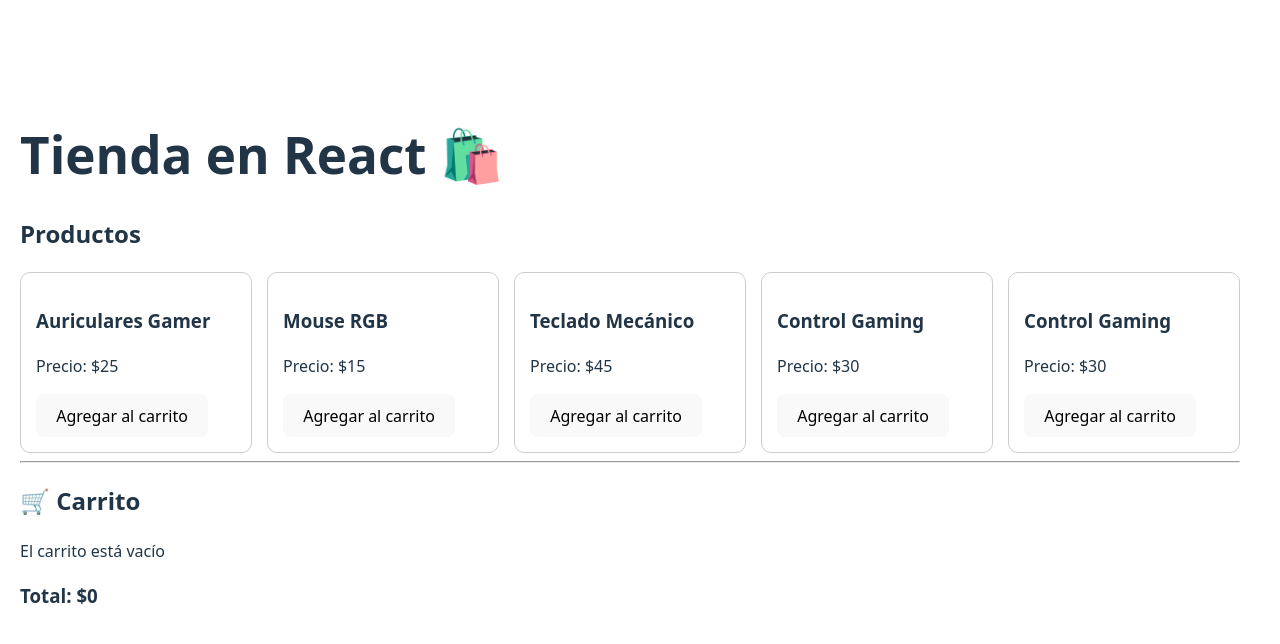
Repository: VictorDS64/PP-STDPROJECTS
Page: / (app in .Mi segunda pagina con react/mi-app-react/)
An editor plug-in stored every save of this project. The page is shown before and after the next save, followed by the edit.
The browser window is 1280 px wide. The pictures show the whole page.
The project was rebuilt for these pictures with package versions that can differ from the ones it lists, and the page was loaded fresh each time. Also part of the build but not shown: .Mi segunda pagina con react/mi-app-react/vite.config.js.

Above is the page before, as saved 2026-01-08 19:30:11.

After the next save:
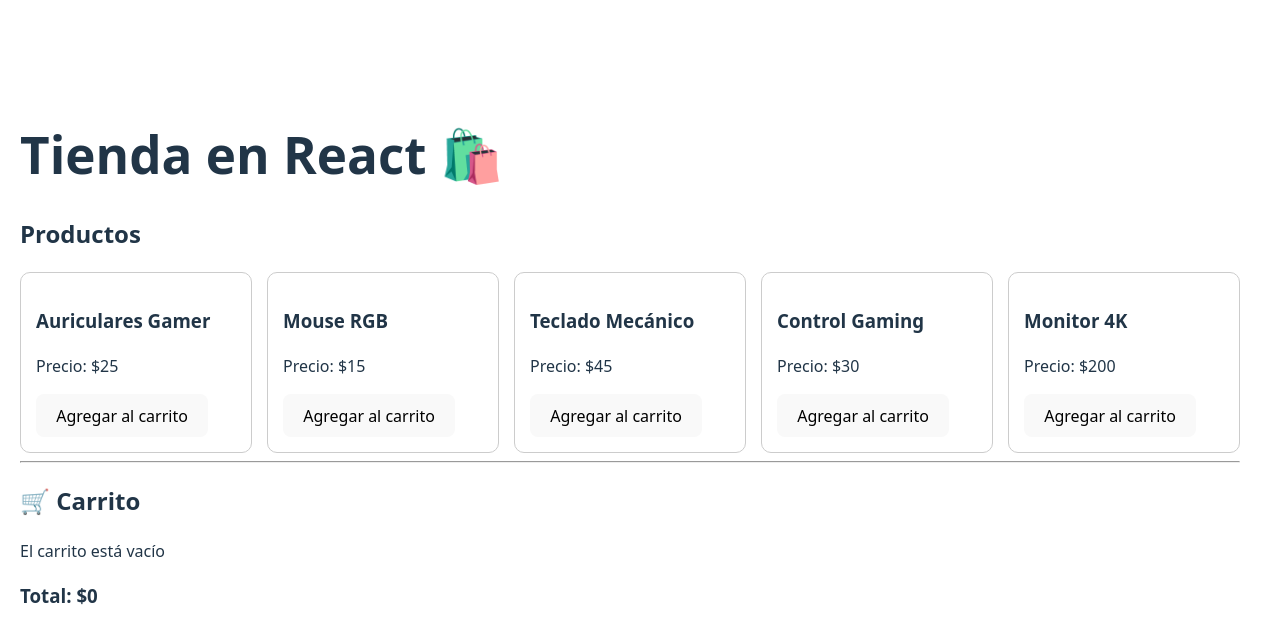
Saved 4 s later.
--- a/.Mi segunda pagina con react/mi-app-react/src/data/products.js
+++ b/.Mi segunda pagina con react/mi-app-react/src/data/products.js
@@ -3,7 +3,7 @@ const products = [
   { id: 2, name: "Mouse RGB", price: 15 },
   { id: 3, name: "Teclado Mecánico", price: 45 },
   { id: 4, name: "Control Gaming", price: 30 },
-  { id: 4, name: "Control Gaming", price: 30 },
+  { id: 5, name: "Monitor 4K", price: 200 },
 
 ];
 
